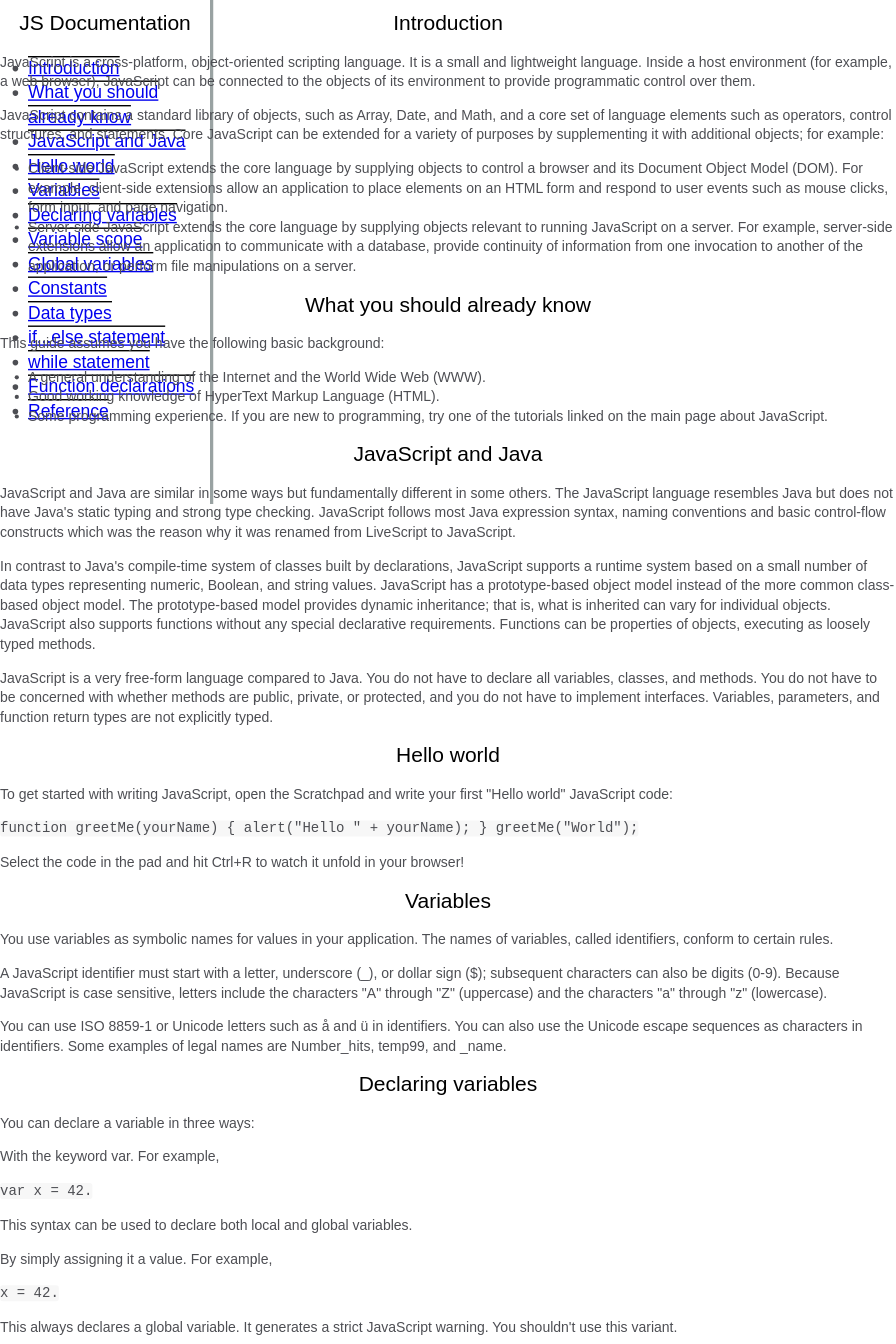
Repository: Lungdjos/technical_document_page_certificate
Page: index.html
These files come from the project's save history. The page is drawn as it stood at one moment and after the next save; the edit follows.
The browser window is 1280 px wide. The pictures show the part of the page from y = 0 to 1920 px (the page is 5776 px tall), at 70% of full size.

Above is the page before, as saved 2023-11-21 22:41:45.

### index.html
<!DOCTYPE html>
<html lang="en">

<head>
    <meta charset="UTF-8">
    <meta name="viewport" content="width=device-width, initial-scale=1.0">
    <title>Technical Document</title>
    <link rel="stylesheet" href="./styles.css">
</head>

<body>
    <nav id="nav-bar">
        <header>JS Documentation</header>
        <ul>
            <li>
                <a href="#Introduction" class="nav-link">Introduction</a>
            </li>
            <li>
                <a href="#What_you_should_already_know" class="nav-link">What you should already know</a>
            </li>
            <li>
                <a href="#JavaScript_and_Java" class="nav-link">JavaScript and Java</a>
            </li>
            <li>
                <a href="#Hello_world" class="nav-link">Hello world</a>
            </li>
            <li>
                <a href="#Variables" class="nav-link">Variables</a>
            </li>
            <li>
                <a href="#Declaring_variables" class="nav-link">Declaring variables</a>
            </li>
            <li>
                <a href="#Variable_scope" class="nav-link">Variable scope</a>
            </li>
            <li>
                <a href="#Global_variables" class="nav-link">Global variables</a>
            </li>
            <li>
                <a href="#Constants" class="nav-link">Constants</a>
            </li>
            <li>
                <a href="#Data_types" class="nav-link">Data types</a>
            </li>
            <li>
                <a href="#if...else_statement" class="nav-link">if...else statement</a>
            </li>
            <li>
                <a href="#while_statement" class="nav-link">while statement</a>
            </li>
            <li>
                <a href="#Function_declarations" class="nav-link">Function declarations</a>
            </li>
            <li>
                <a href="#Reference" class="nav-link">Reference</a>
            </li>
        </ul>
    </nav>
    <main id="main-doc">
        <section class="main-section" id="Introduction">
            <header id="">Introduction</header>
            <p>JavaScript is a cross-platform, object-oriented scripting language. It is a small and lightweight language. Inside a host environment (for example, a web browser), JavaScript can be connected to the objects of its environment to provide programmatic
                control over them.</p>
            <p>JavaScript contains a standard library of objects, such as Array, Date, and Math, and a core set of language elements such as operators, control structures, and statements. Core JavaScript can be extended for a variety of purposes by supplementing
                it with additional objects; for example:
                <ul>
                    <li>Client-side JavaScript extends the core language by supplying objects to control a browser and its Document Object Model (DOM). For example, client-side extensions allow an application to place elements on an HTML form and respond
                        to user events such as mouse clicks, form input, and page navigation.</li>
                    <li>Server-side JavaScript extends the core language by supplying objects relevant to running JavaScript on a server. For example, server-side extensions allow an application to communicate with a database, provide continuity of information
                        from one invocation to another of the application, or perform file manipulations on a server.</li>
                </ul>
            </p>

        </section>
        <section class="main-section" id="What_you_should_already_know">
            <header id="">What you should already know</header>
            <p>This guide assumes you have the following basic background:
                <ul>
                    <li>A general understanding of the Internet and the World Wide Web (WWW).</li>
                    <li>Good working knowledge of HyperText Markup Language (HTML).</li>
                    <li>Some programming experience. If you are new to programming, try one of the tutorials linked on the main page about JavaScript.</li>
                </ul>
            </p>

        </section>
        <section class="main-section" id="JavaScript_and_Java">
            <header id="">JavaScript and Java</header>
            <p>JavaScript and Java are similar in some ways but fundamentally different in some others. The JavaScript language resembles Java but does not have Java's static typing and strong type checking. JavaScript follows most Java expression syntax,
                naming conventions and basic control-flow constructs which was the reason why it was renamed from LiveScript to JavaScript.</p>
            <p>In contrast to Java's compile-time system of classes built by declarations, JavaScript supports a runtime system based on a small number of data types representing numeric, Boolean, and string values. JavaScript has a prototype-based object
                model instead of the more common class-based object model. The prototype-based model provides dynamic inheritance; that is, what is inherited can vary for individual objects. JavaScript also supports functions without any special declarative
                requirements. Functions can be properties of objects, executing as loosely typed methods.</p>
            <p>JavaScript is a very free-form language compared to Java. You do not have to declare all variables, classes, and methods. You do not have to be concerned with whether methods are public, private, or protected, and you do not have to implement
                interfaces. Variables, parameters, and function return types are not explicitly typed.</p>
        </section>
        <section class="main-section" id="Hello_world">
            <header id="">Hello world</header>
            <p>
                To get started with writing JavaScript, open the Scratchpad and write your first "Hello world" JavaScript code:</p>
            <code>function greetMe(yourName) { alert("Hello " + yourName); }
                greetMe("World");</code>
            <p>Select the code in the pad and hit Ctrl+R to watch it unfold in your browser!</p>
        </section>
        <section class="main-section" id="Variables">
            <header id="">Variables</header>
            <p>You use variables as symbolic names for values in your application. The names of variables, called identifiers, conform to certain rules.</p>
            <p>A JavaScript identifier must start with a letter, underscore (_), or dollar sign ($); subsequent characters can also be digits (0-9). Because JavaScript is case sensitive, letters include the characters "A" through "Z" (uppercase) and the
                characters "a" through "z" (lowercase).</p>
            <p>You can use ISO 8859-1 or Unicode letters such as å and ü in identifiers. You can also use the Unicode escape sequences as characters in identifiers. Some examples of legal names are Number_hits, temp99, and _name.</p>
        </section>
        <section class="main-section" id="Declaring_variables">
            <header id="">Declaring variables</header>
            <p>You can declare a variable in three ways:</p>
            <p>With the keyword var. For example,</p>
            <code>var x = 42.</code>
            <p>This syntax can be used to declare both local and global variables.</p>
            <p>By simply assigning it a value. For example,</p>
            <code>x = 42.</code><br>
            <p>This always declares a global variable. It generates a strict JavaScript warning. You shouldn't use this variant.</p>
            <p>With the keyword let. For example,</p>
            <code>let y = 13.</code>
            <p>This syntax can be used to declare a block scope local variable. See Variable scope below.</p>
        </section>
        <section class="main-section" id="Variable_scope">
            <header id="">Variable scope</header>
            <p>When you declare a variable outside of any function, it is called a global variable, because it is available to any other code in the current document. When you declare a variable within a function, it is called a local variable, because it
                is available only within that function.</p>
            <p>JavaScript before ECMAScript 2015 does not have block statement scope; rather, a variable declared within a block is local to the function (or global scope) that the block resides within. For example the following code will log 5, because
                the scope of x is the function (or global context) within which x is declared, not the block, which in this case is an if statement.</p>
            <code>if (true) { var x = 5; } console.log(x); // 5</code>
            <p>This behavior changes, when using the let declaration introduced in ECMAScript 2015.</p>
            <code>if (true) { let y = 5; } console.log(y); // ReferenceError: y is
                not defined</code>
        </section>
        <section class="main-section" id="Global_variables">
            <header id="">Global variables</header>
            <p>Global variables are in fact properties of the global object. In web pages the global object is window, so you can set and access global variables using the window.variable syntax.</p>
            <p>Consequently, you can access global variables declared in one window or frame from another window or frame by specifying the window or frame name. For example, if a variable called phoneNumber is declared in a document, you can refer to this
                variable from an iframe as parent.phoneNumber.</p>
        </section>
        <section class="main-section" id="Constants">
            <header id="">Constants</header>
            <p>You can create a read-only, named constant with the const keyword. The syntax of a constant identifier is the same as for a variable identifier: it must start with a letter, underscore or dollar sign and can contain alphabetic, numeric, or
                underscore characters.</p>
            <code>const PI = 3.14;</code>
            <p>A constant cannot change value through assignment or be re-declared while the script is running. It has to be initialized to a value.</p>
            <p>The scope rules for constants are the same as those for let block scope variables. If the const keyword is omitted, the identifier is assumed to represent a variable.</p>
            <p>You cannot declare a constant with the same name as a function or variable in the same scope. For example:</p>
            <code>// THIS WILL CAUSE AN ERROR function f() {}; const f = 5; // THIS
                WILL CAUSE AN ERROR ALSO function f() { const g = 5; var g;
                //statements }</code>
            <p>However, object attributes are not protected, so the following statement is executed without problems.</p>
            <code>const MY_OBJECT = {"key": "value"}; MY_OBJECT.key =
                "otherValue";</code>
        </section>
        <section class="main-section" id="Data_types">
            <header id="">Data types</header>
            <p>The latest ECMAScript standard defines seven data types:
                <ul>
                    <li>Six data types that are primitives:
                        <ul>
                            <li>Boolean. true and false.</li>
                            <li>null. A special keyword denoting a null value. Because JavaScript is case-sensitive, null is not the same as Null, NULL, or any other variant.</li>
                            <li>undefined. A top-level property whose value is undefined.</li>
                            <li>Number. 42 or 3.14159.</li>
                            <li>String. "Howdy"</li>
                            <li>Symbol (new in ECMAScript 2015). A data type whose instances are unique and immutable.</li>
                        </ul>
                    </li>
                    <li>and Object</li>
                </ul>
            </p>
            <p>Although these data types are a relatively small amount, they enable you to perform useful functions with your applications. Objects and functions are the other fundamental elements in the language. You can think of objects as named containers
                for values, and functions as procedures that your application can perform.</p>
        </section>
        <section class="main-section" id="if...else_statement">
            <header id="">if...else statement</header>
            <p>Use the if statement to execute a statement if a logical condition is true. Use the optional else clause to execute a statement if the condition is false. An if statement looks as follows:</p>
            <code>if (condition) { statement_1; } else { statement_2; }</code>
            <p>condition can be any expression that evaluates to true or false. See Boolean for an explanation of what evaluates to true and false. If condition evaluates to true, statement_1 is executed; otherwise, statement_2 is executed. statement_1 and
                statement_2 can be any statement, including further nested if statements.</p>
            <p>You may also compound the statements using else if to have multiple conditions tested in sequence, as follows:</p>
            <code>if (condition_1) { statement_1; } else if (condition_2) {
                statement_2; } else if (condition_n) { statement_n; } else {
                statement_last; }</code>
            <p>In the case of multiple conditions only the first logical condition which evaluates to true will be executed. To execute multiple statements, group them within a block statement ({ ... }) . In general, it's good practice to always use block
                statements, especially when nesting if statements:</p>
            <code>if (condition) { statement_1_runs_if_condition_is_true;
                statement_2_runs_if_condition_is_true; } else {
                statement_3_runs_if_condition_is_false;
                statement_4_runs_if_condition_is_false; }</code>
            <p>It is advisable to not use simple assignments in a conditional expression, because the assignment can be confused with equality when glancing over the code. For example, do not use the following code:</p>
            <code>if (x = y) { /* statements here */ }</code>
            <p>If you need to use an assignment in a conditional expression, a common practice is to put additional parentheses around the assignment. For example:</p>
            <code>if ((x = y)) { /* statements here */ }</code>
        </section>
        <section class="main-section" id="while_statement">
            <header id="">while statement</header>
            <p>A while statement executes its statements as long as a specified condition evaluates to true. A while statement looks as follows:</p>
            <code>while (condition) statement</code>
            <p>If the condition becomes false, statement within the loop stops executing and control passes to the statement following the loop.</p>
            <p>The condition test occurs before statement in the loop is executed. If the condition returns true, statement is executed and the condition is tested again. If the condition returns false, execution stops and control is passed to the statement
                following while.</p>
            <p>To execute multiple statements, use a block statement ({ ... }) to group those statements.</p>
            <p>Example: <br> The following while loop iterates as long as n is less than three:</p>
            <code>var n = 0; var x = 0; while (n < 3) { n++; x += n; }</code>
            <p>With each iteration, the loop increments n and adds that value to x. Therefore, x and n take on the following values:
                <ul>
                    <li>After the first pass: n = 1 and x = 1</li>
                    <li>After the second pass: n = 2 and x = 3</li>
                    <li>After the third pass: n = 3 and x = 6</li>
                </ul>
            </p>
            <p>After completing the third pass, the condition n
                < 3 is no longer true, so the loop terminates.</p>
        </section>
        <section class="main-section" id="Function_declarations">
            <header id="">Function declarations</header>
            <p>A function definition (also called a function declaration, or function statement) consists of the function keyword, followed by:
                <ul>
                    <li>The name of the function.</li>
                    <li>A list of arguments to the function, enclosed in the parentheses and separated by commas.</li>
                    <li>The JavaScript statement that defines the function, enclosed in curly brackets, {}.</li>
                </ul>
            </p>
            <p>For example, the following code defines a simple function named square:</p>
            <code>function square(number) { return number * number; }</code>
            <p>The function square takes one argument, called number. The function consists of one statement that says to return the argument of the function (that is, number) multiplied by itself. The return statement specifies the value returned by the
                function.
            </p>
            <code>return number * number;</code>
            <p>Primitive parameters (such as a number) are passed to functions by value; the value is passed to the function, but if the function changes the value of the parameter, this change is not reflected globally or in the calling function.</p>
        </section>
        <section class="main-section" id="Reference">
            <header id="">Reference</header>
            <ul>
                <li>All the documentation in this page is taken from
                    <a href="https://developer.mozilla.org/en-US/docs/Web/JavaScript/Guide" target="_blank">MDN</a>
                </li>
            </ul>
        </section>
    </main>
</body>

</html>

### styles.css
/* A technical document page stylings */

html {
    box-sizing: border-box;
}

header {
    font-size: 30px;
    font-weight: thin;
    margin: 12px;
    text-align: center;
    color: #000;
}

body {
    font-family: Arial, Helvetica, sans-serif;
    font-size: 20px;
    margin: 0;
    line-height: 1.4;
    min-width: 280px;
    color: #4d4e53;
}


/* nav bar styling */

#nav-bar {
    position: fixed;
    border-right: 5px solid #99a2a2;
    height: 100%;
    width: 300px;
    left: 0;
    top: 0;
    min-width: 280px;
}

#nav-bar ul {
    font-size: 25px;
    font-weight: 400;
}

.nav-link {
    border-top: 2px solid #000;
    margin-top: 10px;
}


/* body styling */

code {
    background-color: #f7f7f7;
    border-radius: 4px;
    width: 500px;
    height: 30px;
    padding: auto;
}

main {
    position: absolute;
    margin: 0;
}

After the next save:
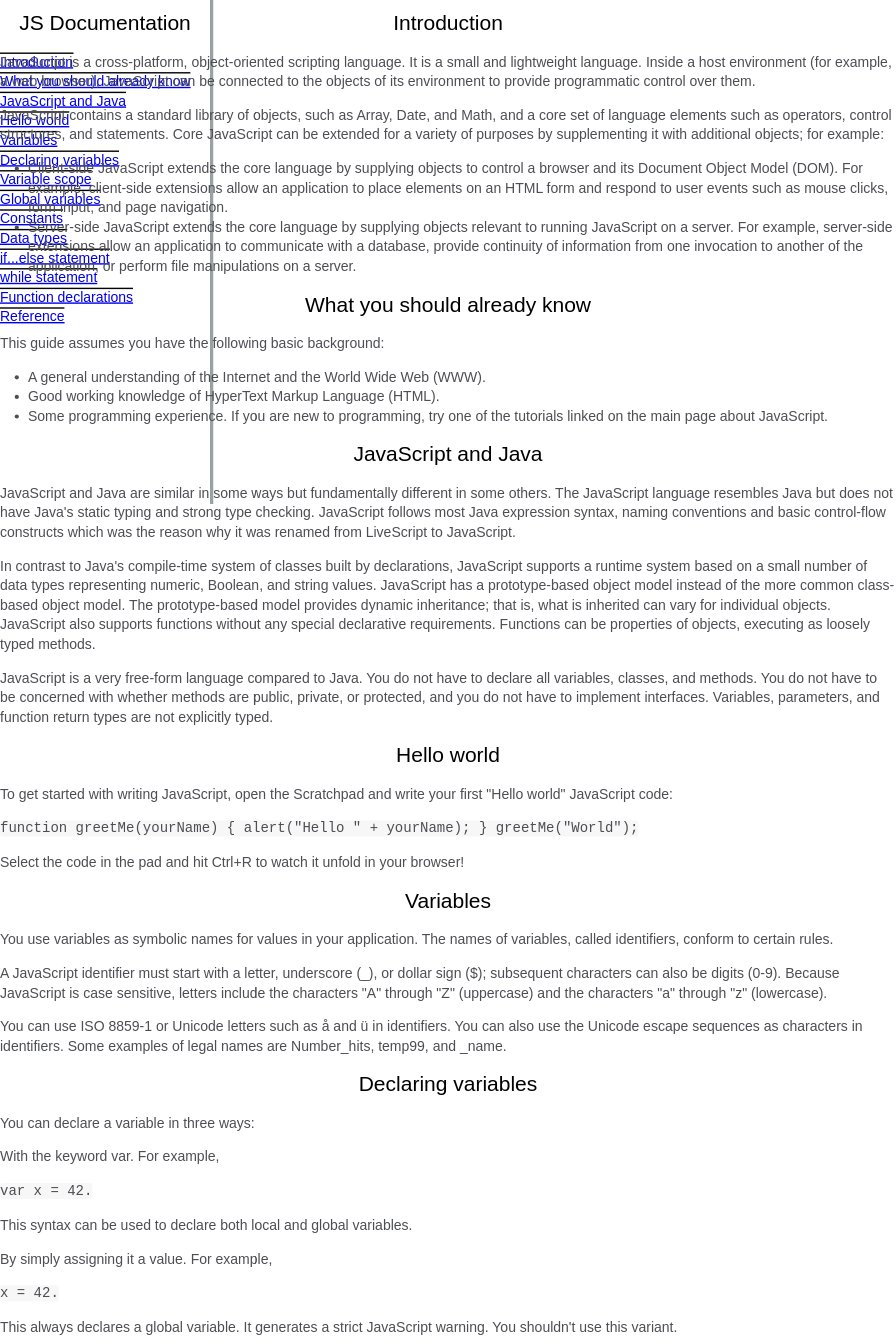
Saved 56 s later.
--- a/styles.css
+++ b/styles.css
@@ -35,8 +35,10 @@ body {
 }
 
 #nav-bar ul {
-    font-size: 25px;
-    font-weight: 400;
+    height: 88%;
+    padding: 0;
+    overflow-y: auto;
+    overflow-x: hidden;
 }
 
 .nav-link {
